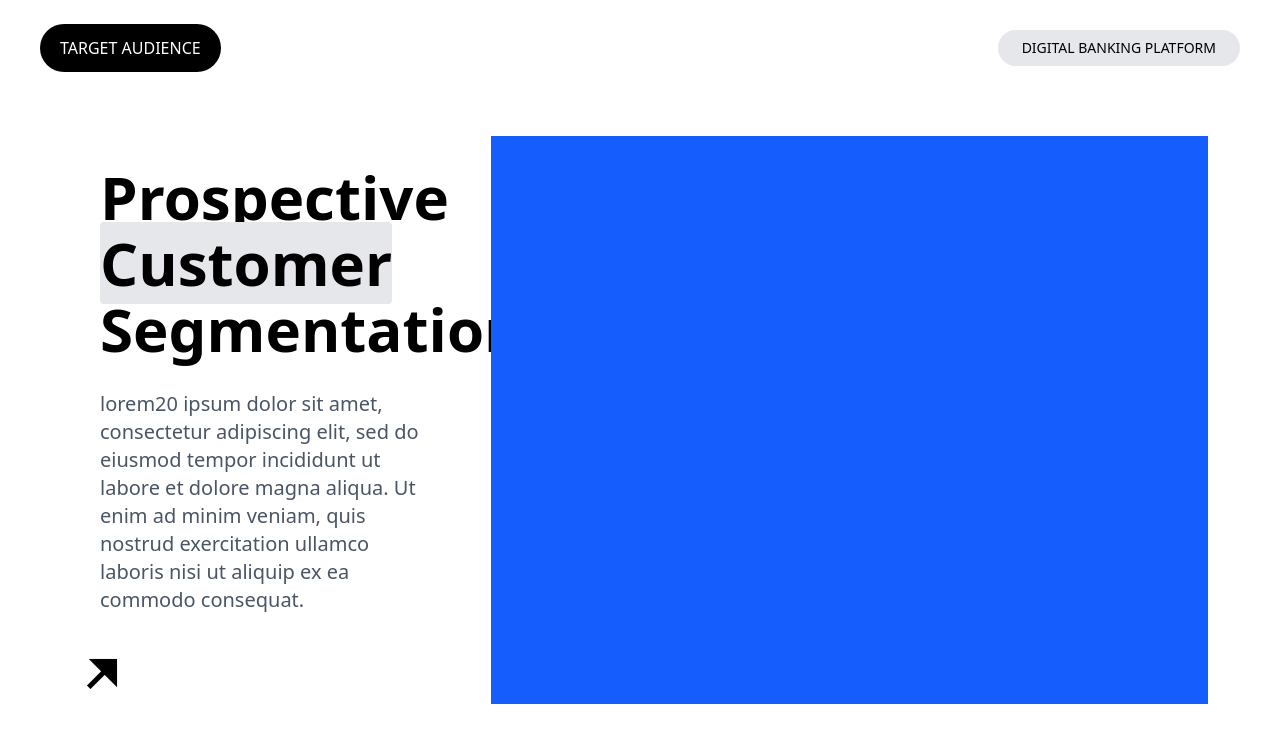
Repository: Mohitkumar1322/ReactTut
Page: / (app in projectSher1/)
The author's editor kept a copy of each file at every save. The page is drawn from the files as they stood at one save, then again after the next save.
The browser window is 1280 px wide. The pictures show the whole page.
The project was rebuilt for these pictures with package versions that can differ from the ones it lists, and the page was loaded fresh each time. Also part of the build but not shown: projectSher1/vite.config.js.

Above is the page before, as saved 2025-11-16 15:51:08.

After the next save:
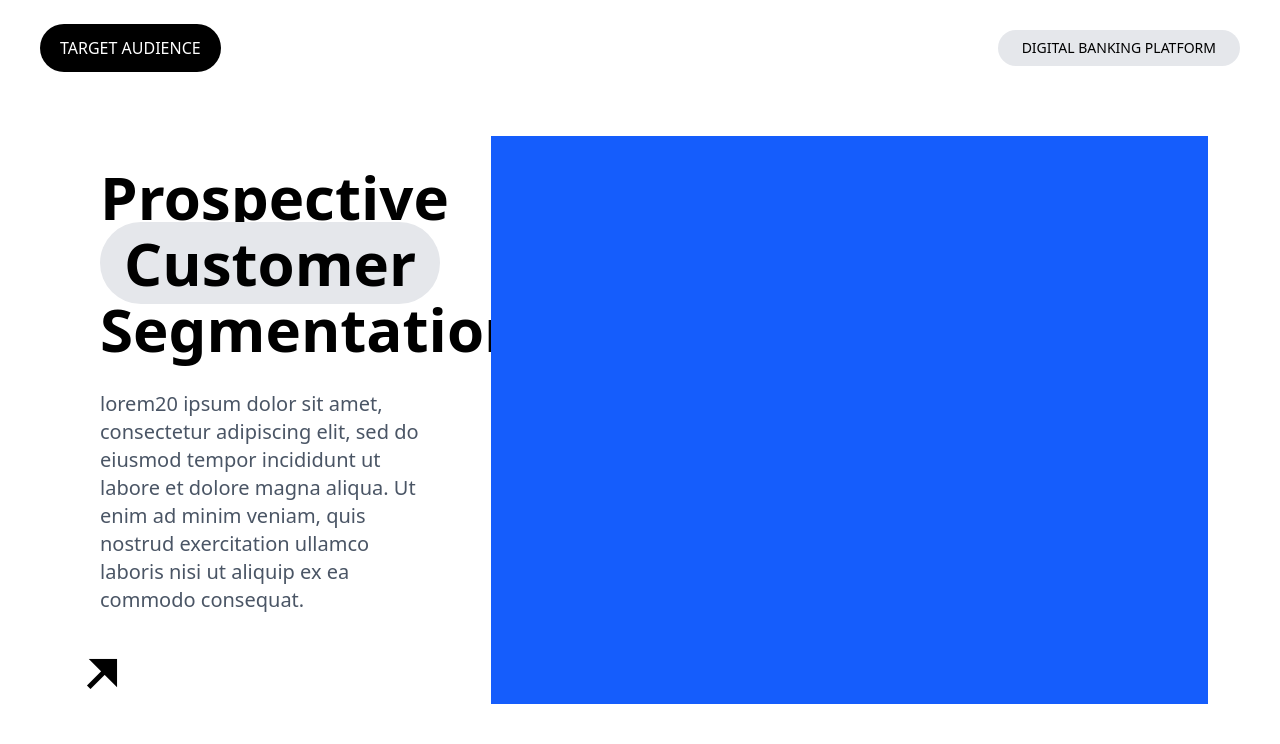
Saved 5 s later.
--- a/projectSher1/src/components/Section1/LeftContent.jsx
+++ b/projectSher1/src/components/Section1/LeftContent.jsx
@@ -5,7 +5,7 @@ const LeftContent = () => {
     <div className='h-full flex flex-col justify-between w-1/3  '>
       <div className='p-7 '>
         <h3 className='mb-7 leading-[1.1] text-6xl font-bold'>
-            Prospective<br></br> <span className='bg-gray-200 rounded'>Customer</span> <br />Segmentation
+            Prospective<br></br> <span className='bg-gray-200 rounded-full px-6'>Customer</span> <br />Segmentation
         </h3>
         <p className='text-xl font-medium text-gray-600'>lorem20
             ipsum dolor sit amet, consectetur adipiscing elit, sed do eiusmod tempor incididunt ut labore et dolore magna aliqua. Ut enim ad minim veniam, quis nostrud exercitation ullamco laboris nisi ut aliquip ex ea commodo consequat.
